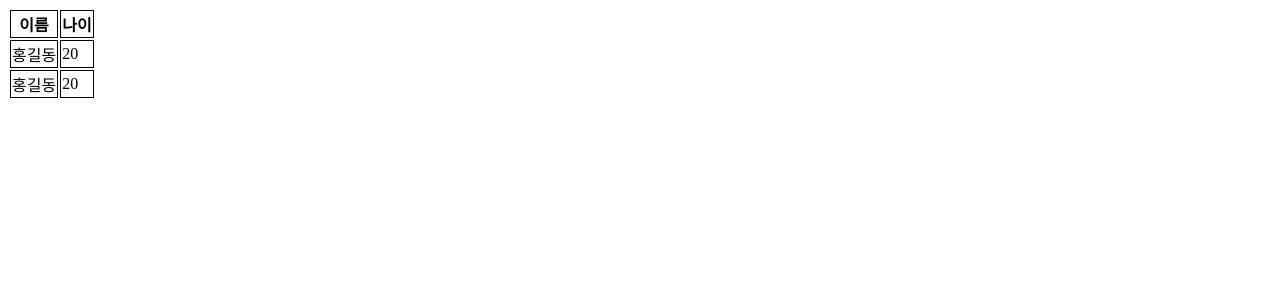
Repository: harin1212/PDA-frontend
Page: js05/table.html
An editor plug-in stored every save of this project. The page is shown before and after the next save, followed by the edit.
The browser window is 1280 px wide. The pictures show the whole page.

Above is the page before, as saved 2023-08-10 09:18:12.

After the next save:
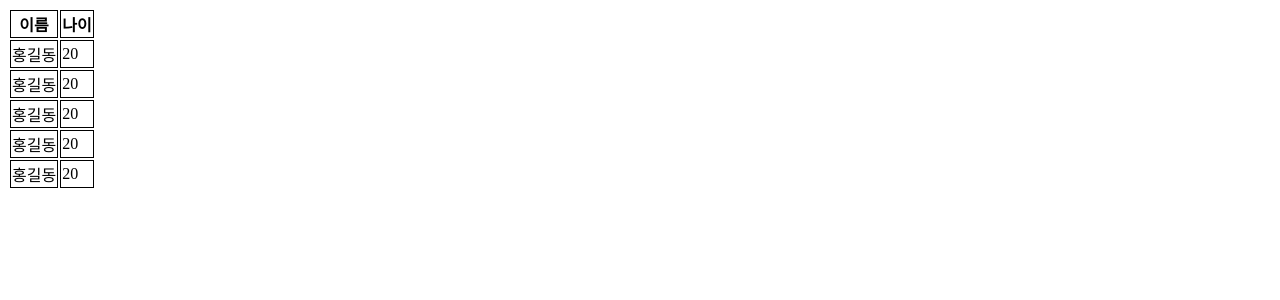
Saved 13 s later.
--- a/js05/table.html
+++ b/js05/table.html
@@ -22,6 +22,18 @@
             <td>홍길동</td>
             <td>20</td>
         </tr>
+        <tr>
+            <td>홍길동</td>
+            <td>20</td>
+        </tr>
+        <tr>
+            <td>홍길동</td>
+            <td>20</td>
+        </tr>
+        <tr>
+            <td>홍길동</td>
+            <td>20</td>
+        </tr>
     </table>
 </body>
 </html>
